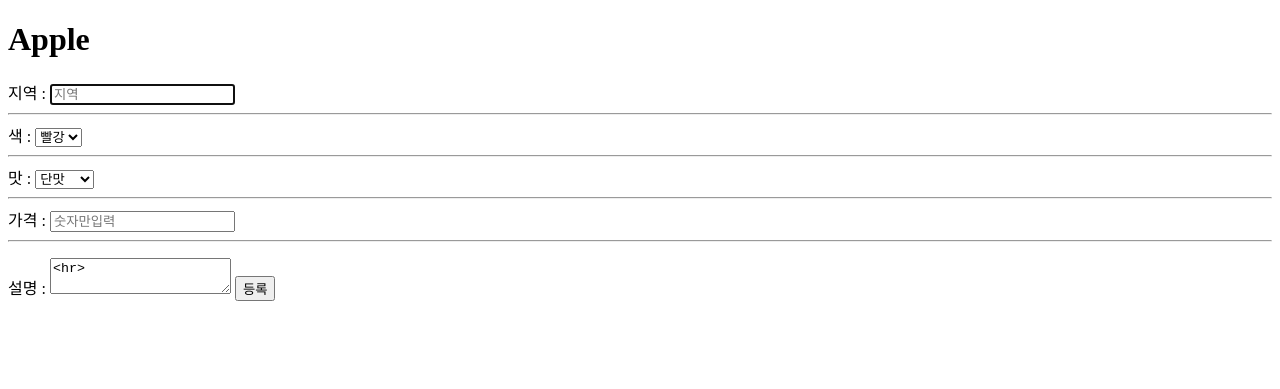
Repository: kmw7691/Soldesk
Page: http://localhost/Nov17_1_DSP_DB/apple/reg.jsp
An editor plug-in stored every save of this project. The page is shown before and after the next save, followed by the edit.
The browser window is 1280 px wide. The pictures show the whole page.
The page is served by Tomcat 9. Other server files are loaded and not shown.

Above is the page before, as saved 2023-11-20 00:41:02.

### Nov17_1_DSP_DB/src/main/webapp/apple/reg.jsp
<%@ page language="java" contentType="text/html; charset=UTF-8"
    pageEncoding="UTF-8"%>
<!DOCTYPE html>
<html>
<head>
<meta charset="UTF-8">
<title>reg.jsp</title>
</head>
<body>
	<h1>Apple</h1><!-- DBtable의 칼럼이 뭐가잇나 생각해서 -->
	<form action="">
		지역 : <input name="a.location" autocomplete="off"
		autofocus="autofocus" placeholder="지역"><hr>
		색 : <select name="a.color">
				<option>빨강</option>
				<option>초록</option>
				<option>파랑</option>
				<option>검정</option>
				<option>노랑</option>
			</select><hr>
		맛 : <select name="a.flavor">
				<option>단맛</option>
				<option>쓴맛</option>
				<option>신맛</option>
				<option>매운맛</option>
				<option>단맛</option>
			</select><hr>
		가격 : <input name="a.price" autocomplete="off" placeholder="숫자만입력"><hr><p>
		설명 : <textarea name="a.introduce" maxlength="80"
				autocomplete="off" placeholder="5자 이상"><hr></textarea>
		<button>등록</button>
	</form>
</body>
</html>

After the next save:
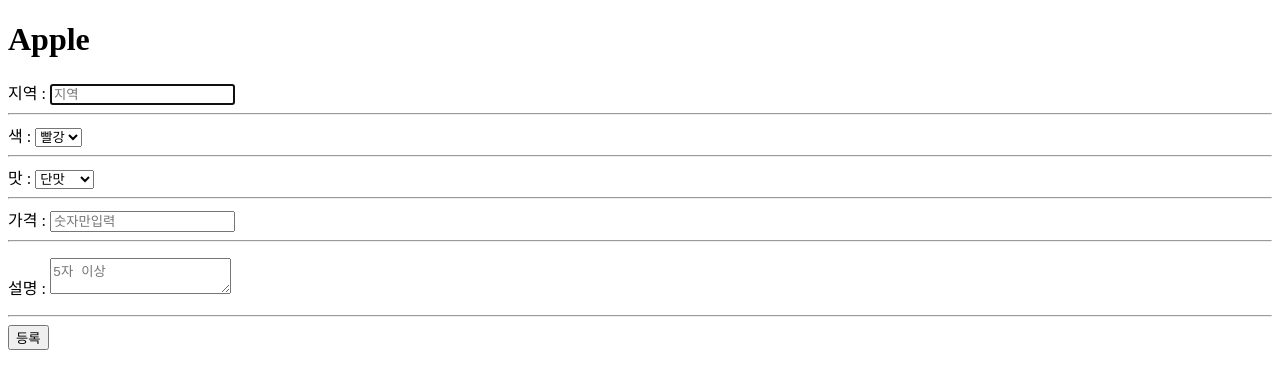
Saved 10 s later.
--- a/Nov17_1_DSP_DB/src/main/webapp/apple/reg.jsp
+++ b/Nov17_1_DSP_DB/src/main/webapp/apple/reg.jsp
@@ -27,7 +27,7 @@
 			</select><hr>
 		가격 : <input name="a.price" autocomplete="off" placeholder="숫자만입력"><hr><p>
 		설명 : <textarea name="a.introduce" maxlength="80"
-				autocomplete="off" placeholder="5자 이상"><hr></textarea>
+				autocomplete="off" placeholder="5자 이상"></textarea><hr>
 		<button>등록</button>
 	</form>
 </body>
